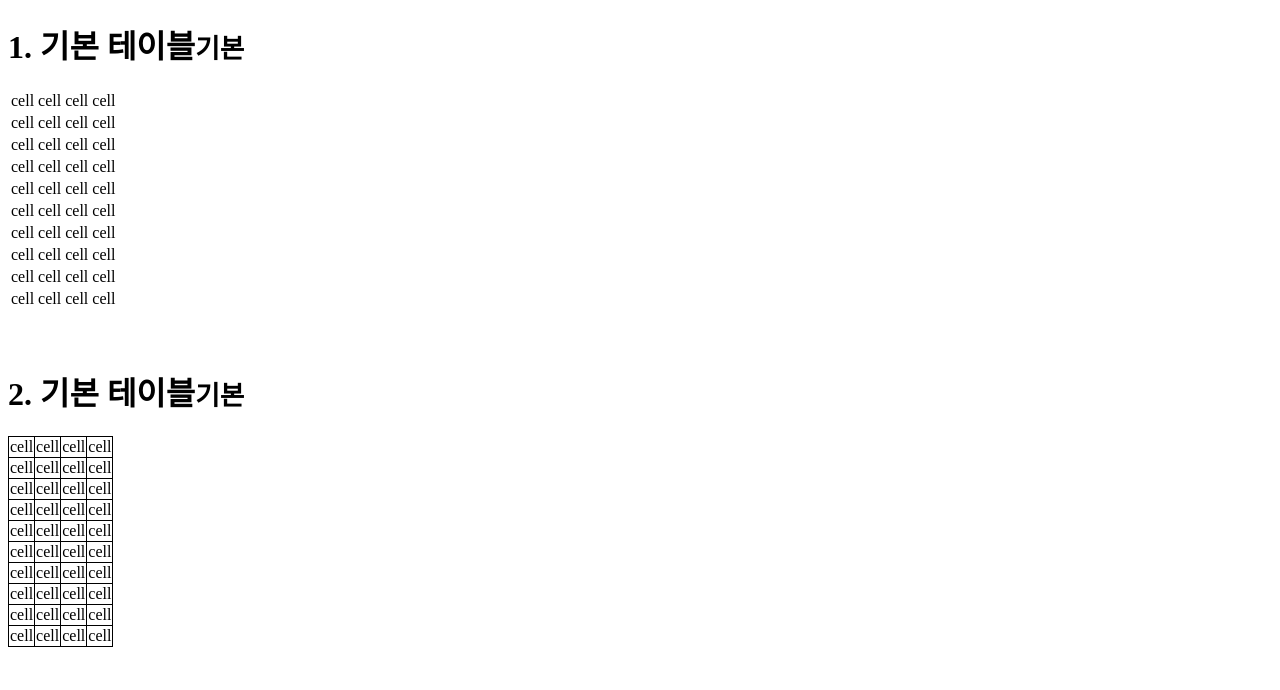
Repository: yhj4130/BootstrapStudy
Page: BootstrapWork/WebContent/BootEx02.html
The author's editor kept a copy of each file at every save. The page is drawn from the files as they stood at one save, then again after the next save.
The browser window is 1280 px wide. The pictures show the whole page.

Above is the page before, as saved 2019-06-12 01:40:54.

After the next save:
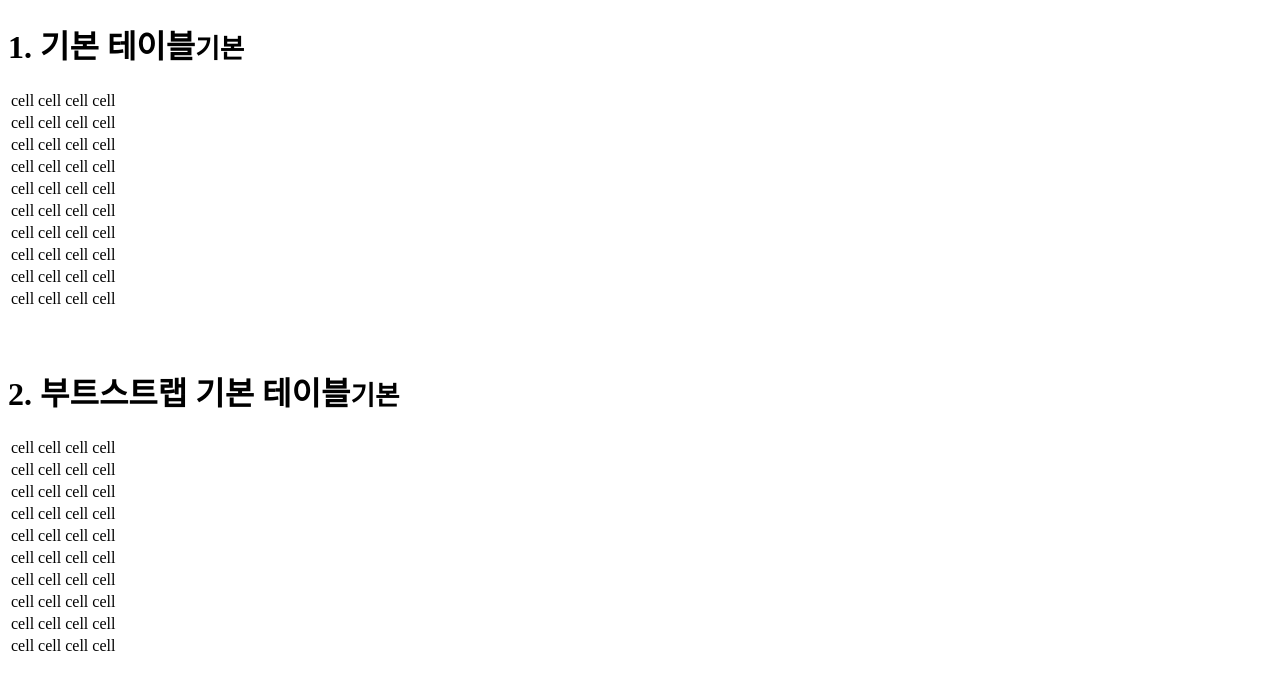
Saved 71 s later.
--- a/BootstrapWork/WebContent/BootEx02.html
+++ b/BootstrapWork/WebContent/BootEx02.html
@@ -90,10 +90,10 @@
 
 <br><br>
 
-<h1>2. 기본 테이블<small>기본</small></h1>
+<h1>2. 부트스트랩 기본 테이블<small>기본</small></h1>
 
 <!-- table>(tr>td{cell*4)*10 -->
-<table id="table">
+<table>
 	<tr>
 		<td>cell</td>
 		<td>cell</td>
